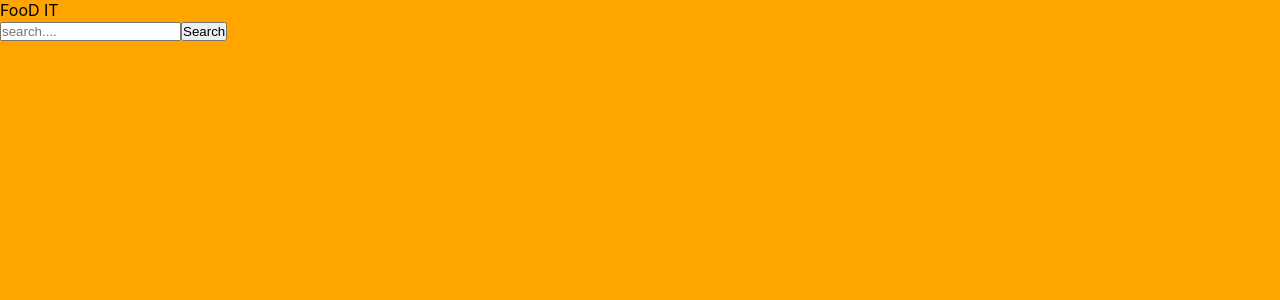
Repository: sandipkarmokar/recipeApp
Page: /
The author's editor kept a copy of each file at every save. The page is drawn from the files as they stood at one save, then again after the next save.
The browser window is 1280 px wide. The pictures show the whole page.
The project was rebuilt for these pictures with package versions that can differ from the ones it lists, and the page was loaded fresh each time.

Above is the page before, as saved 2022-04-15 16:41:55.

### src/App.js
import { useEffect, useStata, useState } from 'react';
import ListView from './components/listView';
import SearchBar from './components/searchBar';
import './App.css';

function App() {
    const [query, setQuery] = useState('');
    const [isLoading, setIsLoading] = useState(true);
    const [recipeIngredients, setRecipeIngredients] = useState([]);
    const [recipeList, setRecipeList] = useState([]);
    const [recipeId, setRecipeId] = useState();
    const [recipe, setRecipe] = useState([]);

    const url = `https://forkify-api.herokuapp.com/api/search?q=${query}`;
    const urlRecipe = `https://forkify-api.herokuapp.com/api/get?rId=${recipeId}`;

    const fetchData = async (e) => {
        e.preventDefault();
        try {
            const response = await fetch(url);
            const data = await response.json();
            setRecipeList(data.recipes);
            setIsLoading(false);
            setQuery('');
        } catch (error) {
            console.log(error);
        }
    };

    const fetchRecipe = async () => {
        try {
            const response = await fetch(urlRecipe);
            const data = await response.json();
            setRecipe(data);
            console.log(recipe, recipeId);
        } catch (error) {
            console.log(error);
        }
    };
    return (
        <div className="app">
            <div className="app-container">
                <SearchBar
                    query={query}
                    setQuery={setQuery}
                    fetchData={fetchData}
                ></SearchBar>
                <ListView
                    recipeList={recipeList}
                    setRecipeId={setRecipeId}
                    fetchRecipe={fetchRecipe}
                ></ListView>
            </div>
        </div>
    );
}

export default App;

### src/components/listView.js
import React from 'react';

const ListView = ({ recipeList, setRecipeId, fetchRecipe }) => {
    console.log(recipeList);
    const handleRecipe = (id) => {
        let numberId = parseInt(id);
        console.log(typeof numberId);
        setRecipeId(id);
        fetchRecipe();
    };

    return (
        <div className="recipeList">
            <div className="recipeList-container">
                {recipeList.map((el) => {
                    console.log(typeof el.recipe_id);
                    return (
                        <>
                            <p>{el.title}</p>
                            <img src={el.image_url} alt="" />
                            <p>{el.recipe_id}</p>
                            <p
                                onClick={() => {
                                    handleRecipe(el.recipe_id);
                                }}
                            >
                                Know More
                            </p>
                        </>
                    );
                })}
            </div>
        </div>
    );
};

export default ListView;

### src/components/searchBar.js
import React from 'react';

const SearchBar = ({ query, setQuery, fetchData }) => {
    return (
        <div className="searchBar">
            <div className="searchBar-container">
                <div className="logo">FooD IT</div>
                <form onSubmit={fetchData} className="search">
                    <input
                        type="text"
                        placeholder="search...."
                        value={query}
                        onChange={(e) => setQuery(e.target.value)}
                    />
                    <button type="submit">Search</button>
                </form>
            </div>
        </div>
    );
};

export default SearchBar;

### src/App.css
* {
    margin: 0;
    padding: 0;
    box-sizing: border-box;
}

.app {
    height: 100vh;
    width: 100vw;
    background-color: orange;
    overflow: hidden;
}

Loaded but not shown: public/index.html (common file); src/index.js (common file); src/index.css (common file); src/reportWebVitals.js (common file)

After the next save:
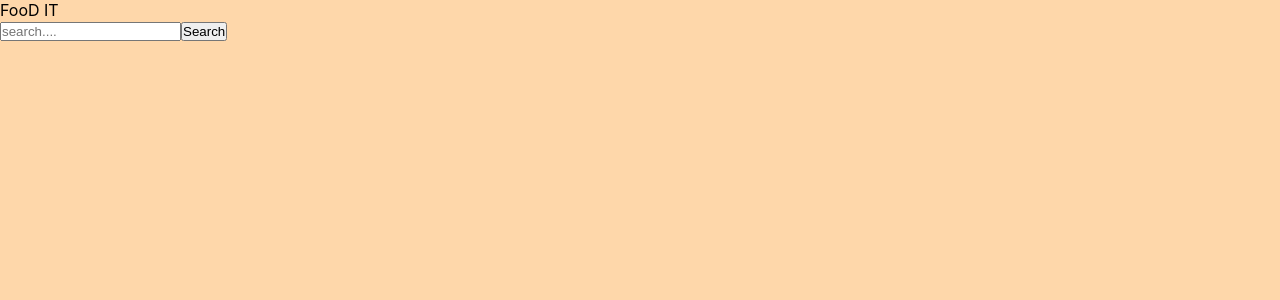
Saved 34 s later.
--- a/src/App.css
+++ b/src/App.css
@@ -7,6 +7,6 @@
 .app {
     height: 100vh;
     width: 100vw;
-    background-color: orange;
+    background-color: #fed7aa;
     overflow: hidden;
 }
